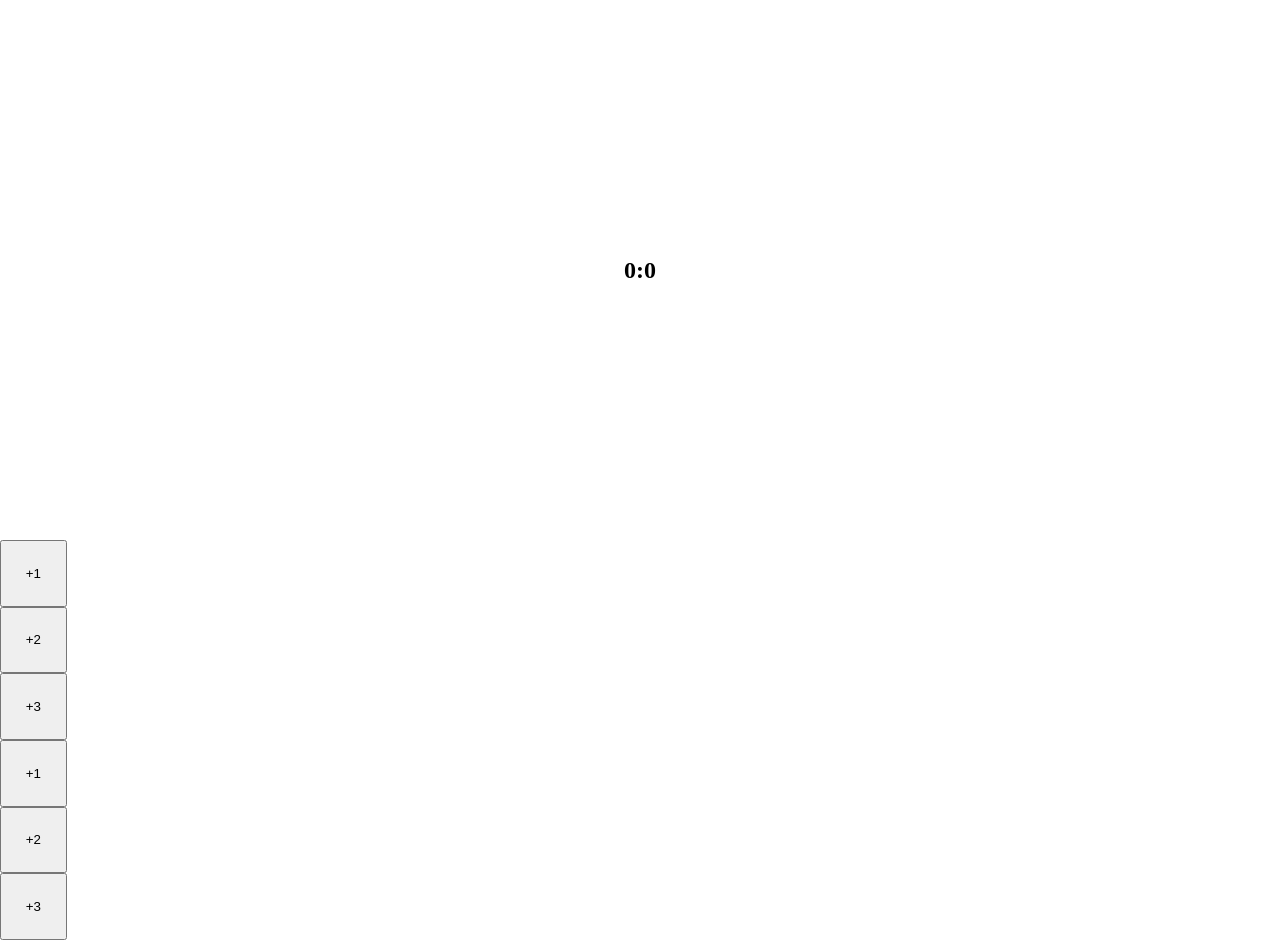
Repository: bollo89/scoreBoard
Page: index.html
These files come from the project's save history. The page is drawn as it stood at one moment and after the next save; the edit follows.
The browser window is 1280 px wide. The pictures show the whole page.

Above is the page before, as saved 2022-01-21 12:40:08.

After the next save:
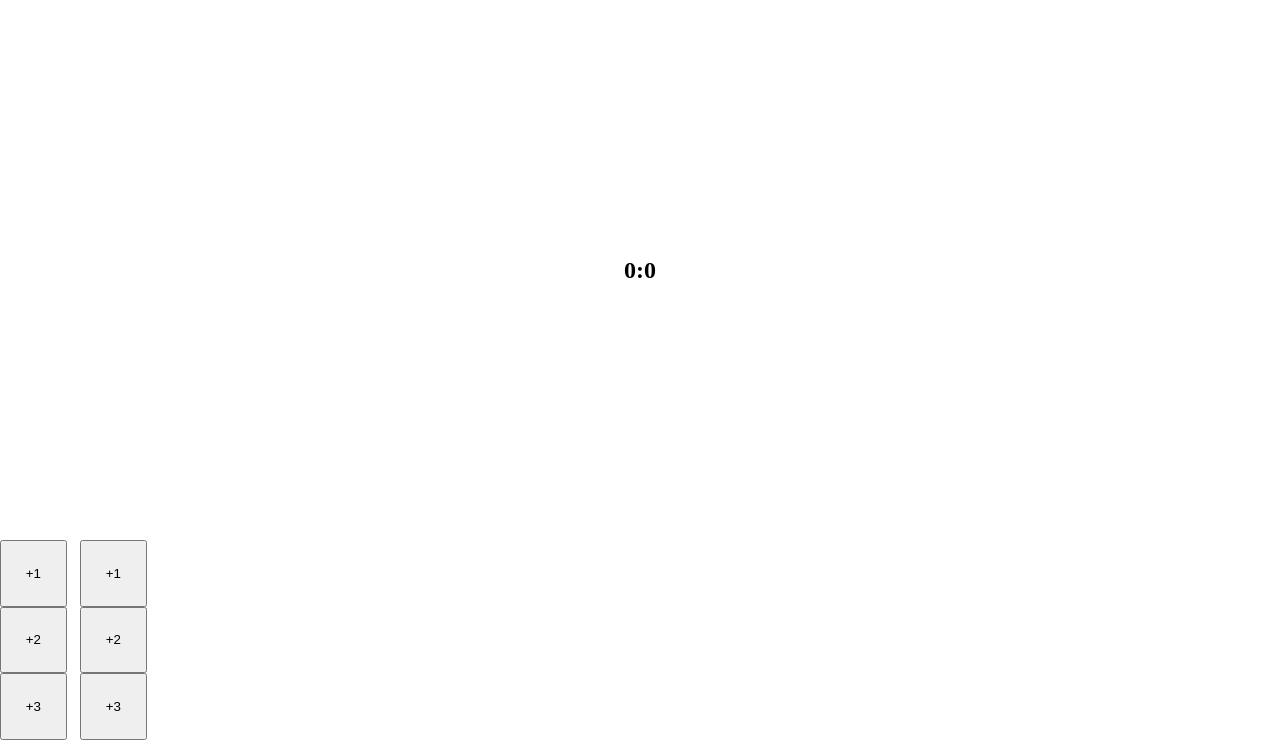
Saved 33 s later.
--- a/style.css
+++ b/style.css
@@ -16,9 +16,7 @@ body {
 .btns {
     height: 25vh;
     width: 100vw;
-    flex-direction: column;
-    align-items: flex-end;
-    justify-content: space-around;
+    display: flex;
 }
 .btnsH div {
     width: 5em;
